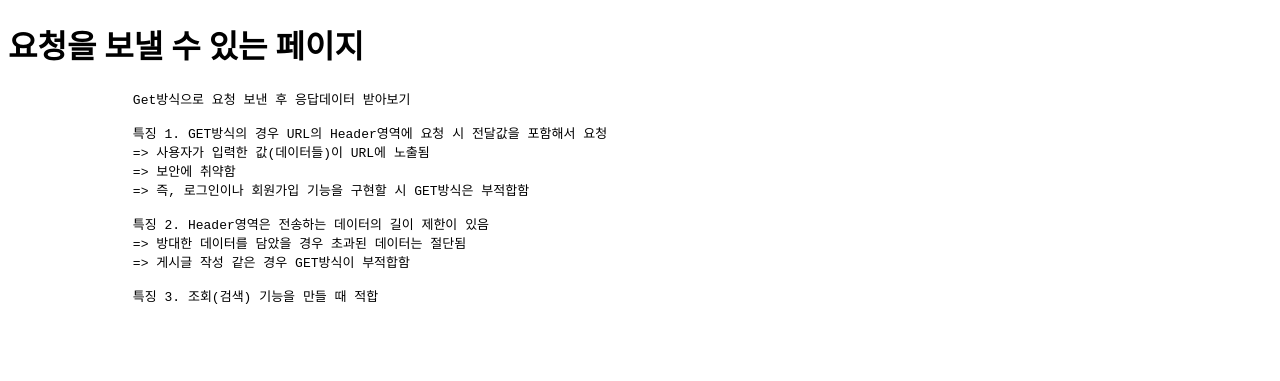
Repository: rlaehqkf/java_practice
Page: MyFirstWebProject/src/main/webapp/views/request_get.html
These files come from the project's save history. The page is drawn as it stood at one moment and after the next save; the edit follows.
The browser window is 1280 px wide. The pictures show the whole page.

Above is the page before, as saved 2026-05-04 03:44:23.

After the next save:
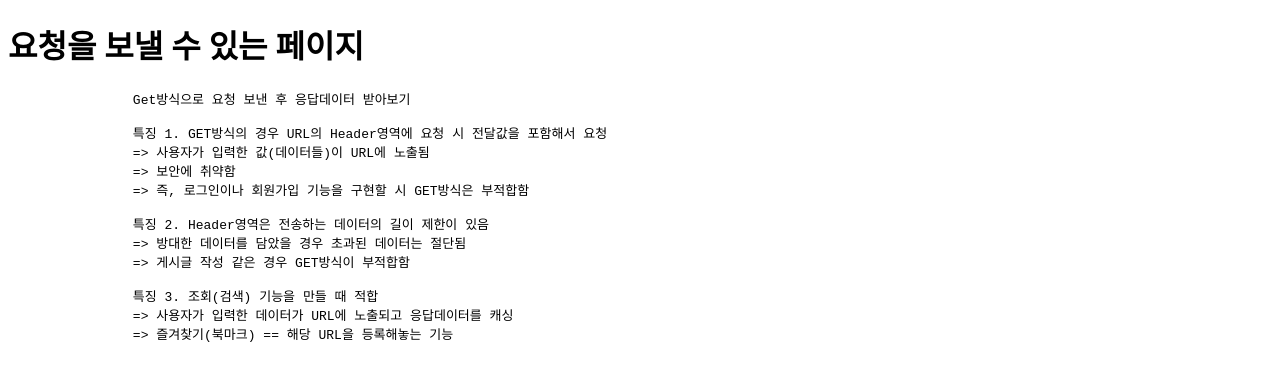
Saved 3 min 40 s later.
--- a/MyFirstWebProject/src/main/webapp/views/request_get.html
+++ b/MyFirstWebProject/src/main/webapp/views/request_get.html
@@ -21,6 +21,8 @@
 		=> 게시글 작성 같은 경우 GET방식이 부적합함
 
 		특징 3. 조회(검색) 기능을 만들 때 적합
+		=> 사용자가 입력한 데이터가 URL에 노출되고 응답데이터를 캐싱
+		=> 즐겨찾기(북마크) == 해당 URL을 등록해놓는 기능
 
 
 
